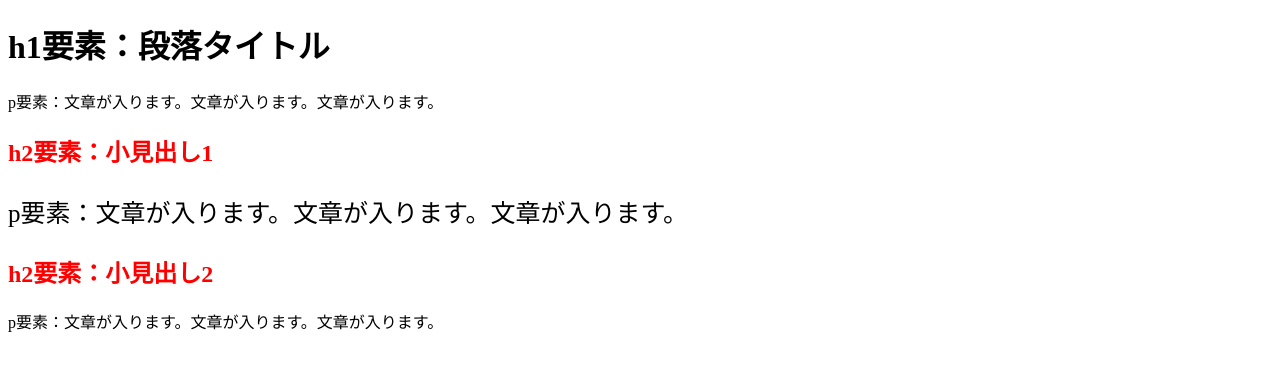
Repository: chiccha-ino/samurai_HTML-CSS
Page: index.html
The author's editor kept a record of every edit. The page is drawn from the files as they stood at one moment, then again after the next edit.
The browser window is 1280 px wide. The pictures show the whole page.

Above is the page before.

### index.html
<!DOCTYPE html>
<html lang="ja">
    <head>
        <meta charset="UTF-8">
        <title>HTML/CSSの学習</title>
        <style>
            h2{
                color: red;
            }
        </style>
    </head>
    <body>
        <h1>h1要素：段落タイトル</h1>
        <p>p要素：文章が入ります。文章が入ります。文章が入ります。</p>
        <h2>h2要素：小見出し1</h2>
        <p style="font-size: 25px;">
            p要素：文章が入ります。文章が入ります。文章が入ります。
        </p>
        <h2>h2要素：小見出し2</h2>
        <p>p要素：文章が入ります。文章が入ります。文章が入ります。</p>
    </body>
</html>

After the next edit:
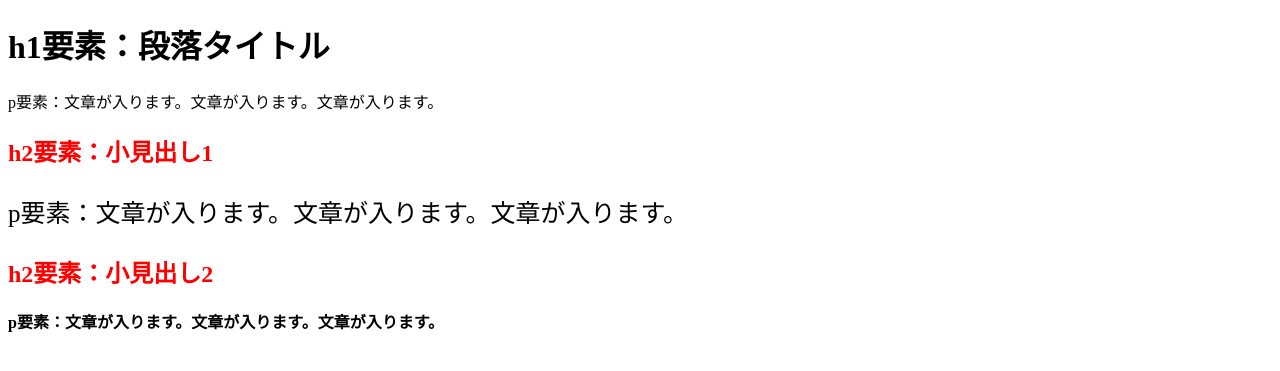
The edit:
--- a/index.html
+++ b/index.html
@@ -17,6 +17,8 @@
             p要素：文章が入ります。文章が入ります。文章が入ります。
         </p>
         <h2>h2要素：小見出し2</h2>
-        <p>p要素：文章が入ります。文章が入ります。文章が入ります。</p>
+        <p style="font-weight: bold;">
+            p要素：文章が入ります。文章が入ります。文章が入ります。
+        </p>
     </body>
 </html>
